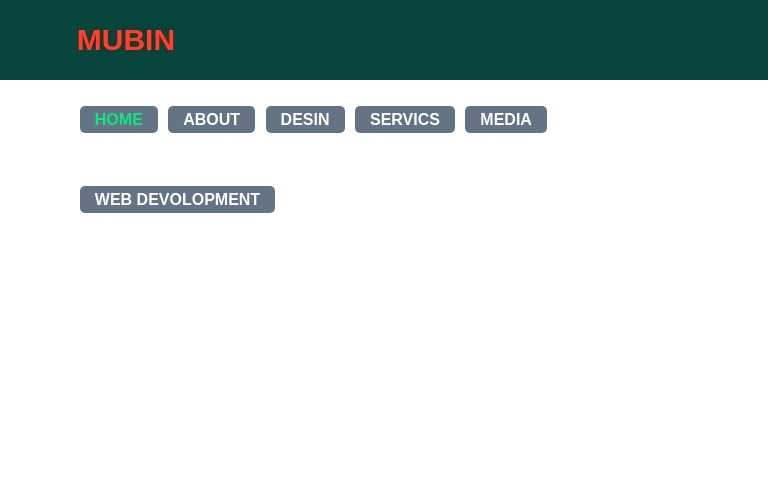
Repository: mdaj6804gmail/1-page-web-theme
Page: index.html
An editor plug-in stored every save of this project. The page is shown before and after a run of saves, followed by the edit.
The browser window is 768 px wide. The pictures show the whole page.

Above is the page before, as saved 2022-12-18 12:54:29.

After the next 4 saves:
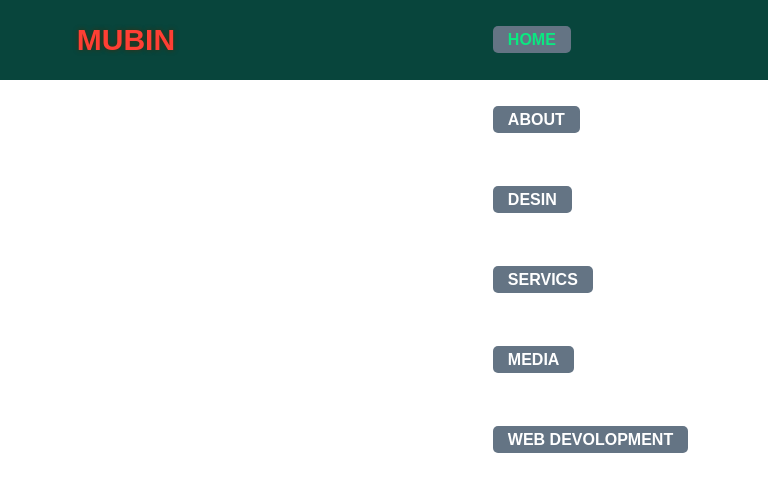
The 4 saves are shown as one change because they came seconds apart.
The last was saved 66 s later.
--- a/style.css
+++ b/style.css
@@ -54,6 +54,8 @@
 
 @media (max-width:786px){
 
-
+  nav ul li{
+    display: block;
+  }
 
 }
